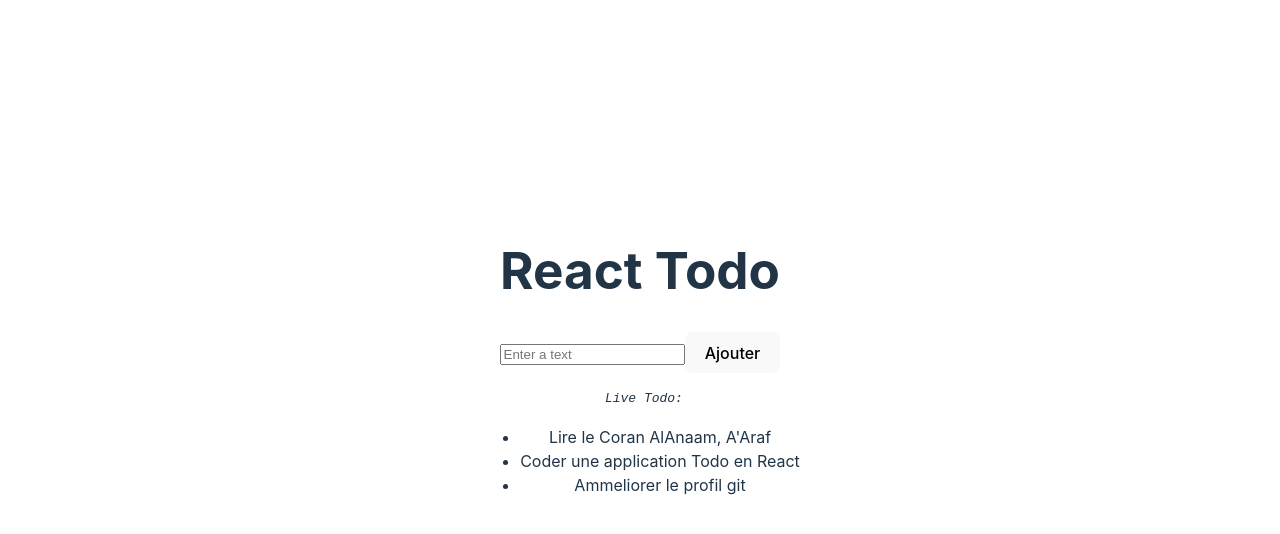
Repository: feyroozecode/React-Todo
Page: /
The author's editor kept a copy of each file at every save. The page is drawn from the files as they stood at one save, then again after a run of saves.
The browser window is 1280 px wide. The pictures show the whole page.
The project was rebuilt for these pictures with package versions that can differ from the ones it lists, and the page was loaded fresh each time. Also part of the build but not shown: vite.config.js.

Above is the page before, as saved 2023-09-21 10:53:52.

After the next 3 saves:
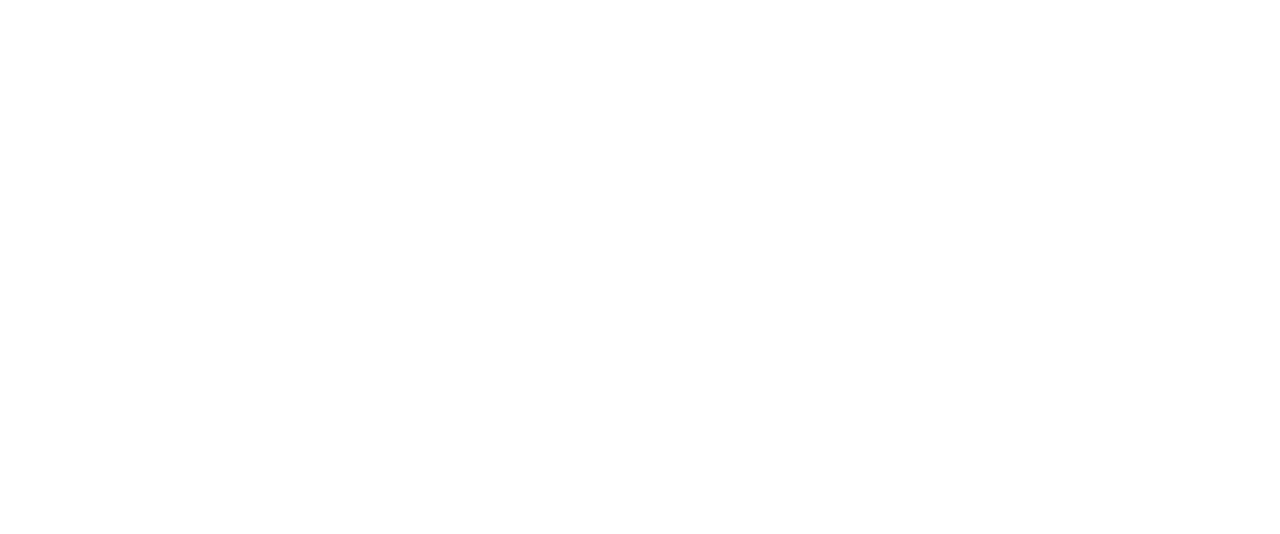
Console error: ReferenceError: padding is not defined
The 3 saves are shown as one change because 1 did not build or start and some came seconds apart.
The last was saved 32 s later.
--- a/src/App.jsx
+++ b/src/App.jsx
@@ -40,6 +40,7 @@
         <button
           onClick={handleAdd}
           type='button'
+          style={padding}
           >Ajouter</button>
          <p>
          <i> <pre> Live Todo:</pre> </i> <strong> { input } </strong>

After the 5 saves that followed:
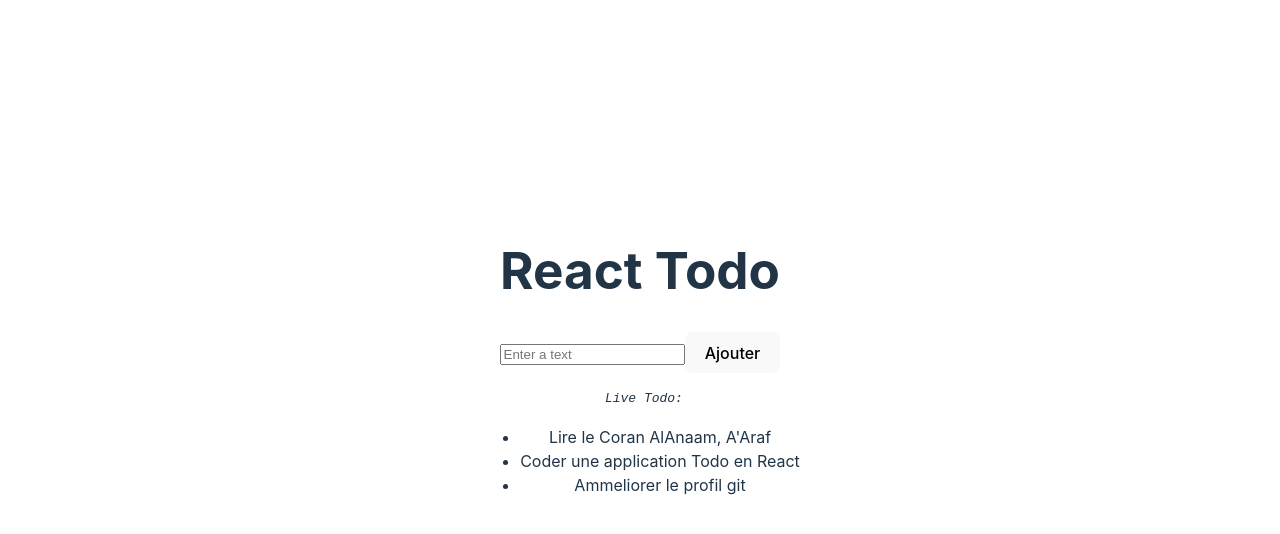
The error is gone.
The 5 saves are shown as one change because 1 did not build or start and 2 left the picture as it was and some came seconds apart.
The last was saved 2 min 49 s later.
--- a/src/App.jsx
+++ b/src/App.jsx
@@ -40,7 +40,6 @@
         <button
           onClick={handleAdd}
           type='button'
-          style={padding}
           >Ajouter</button>
          <p>
          <i> <pre> Live Todo:</pre> </i> <strong> { input } </strong>
